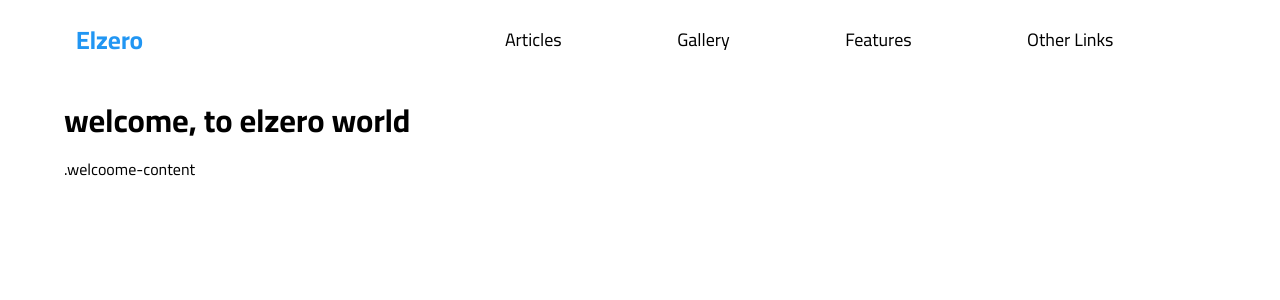
Repository: Toqa-25/elzeroAcdemey-Templete
Page: index.html
An editor plug-in stored every save of this project. The page is shown before and after the next save, followed by the edit.
The browser window is 1280 px wide. The pictures show the whole page.

Above is the page before, as saved 2022-01-16 20:55:30.

After the next save:
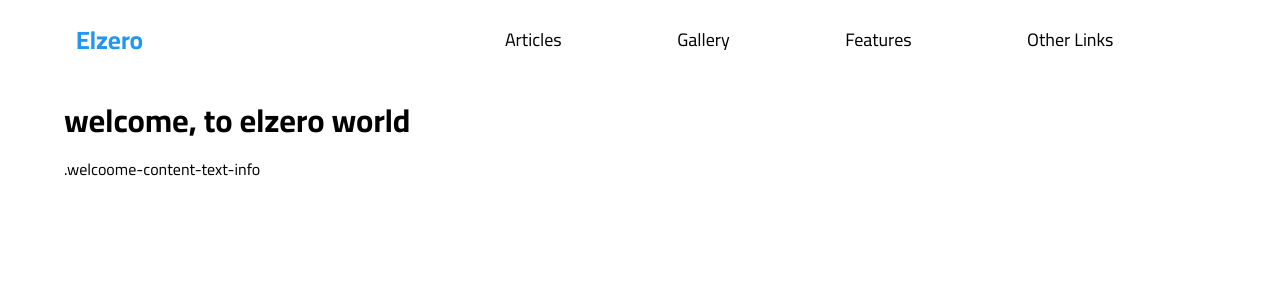
Saved 6 s later.
--- a/index.html
+++ b/index.html
@@ -68,7 +68,7 @@
             <div class="welcome-content">
                 <div class="welcome-content-text">
                     <h1 class="welcome-content-text">welcome, to elzero world</h1>
-                    .welcoome-content
+                    .welcoome-content-text-info
                 </div>
                 <div class="welcome-content-img"></div>
             </div>
